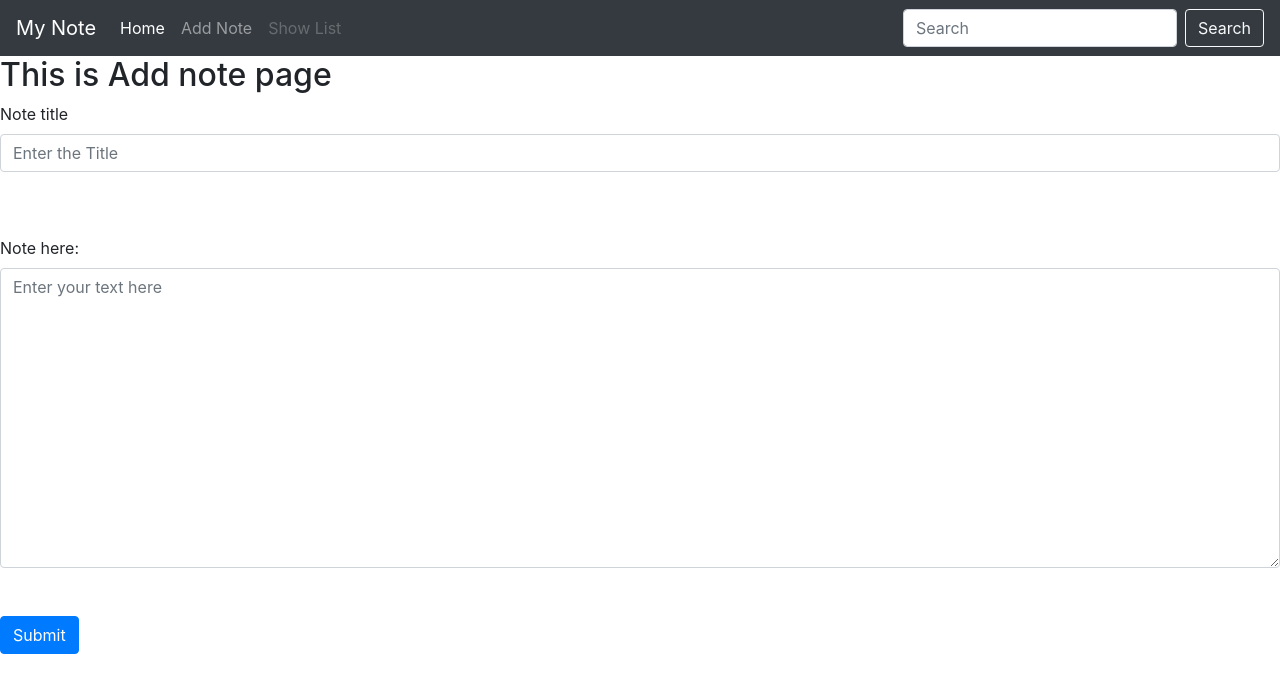
Repository: anshpn8/Java_Spring
Page: http://localhost/MyNotes/add_note.jsp
These files come from the project's save history. The page is drawn as it stood at one moment and after the next save; the edit follows.
The browser window is 1280 px wide. The pictures show the whole page.
The page is served by Tomcat 9.

Above is the page before, as saved 2024-04-14 09:03:57.

After the next save:
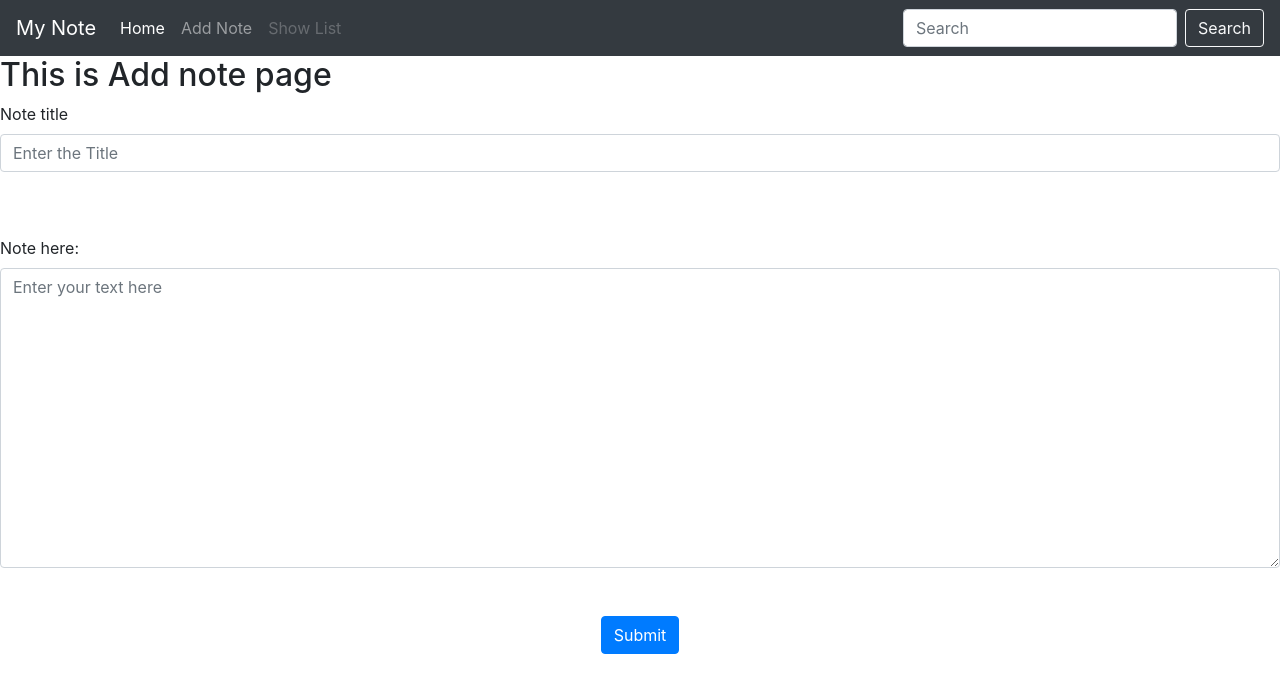
Saved 4 min 22 s later.
--- a/MyNotes/src/main/webapp/add_note.jsp
+++ b/MyNotes/src/main/webapp/add_note.jsp
@@ -23,8 +23,8 @@
     <label for="note">Note here:</label>
     <textarea for="content" id="content" name="note" placeholder="Enter your text here" class="form-control" style="height:300px"></textarea><br><br>
   </div>
-  <div>
-  <button type="submit" class="btn btn-primary">Submit</button>
+  <div class="container text-center">
+  <button type="submit" class="btn btn-primary" >Submit</button>
   </div>
 
 
